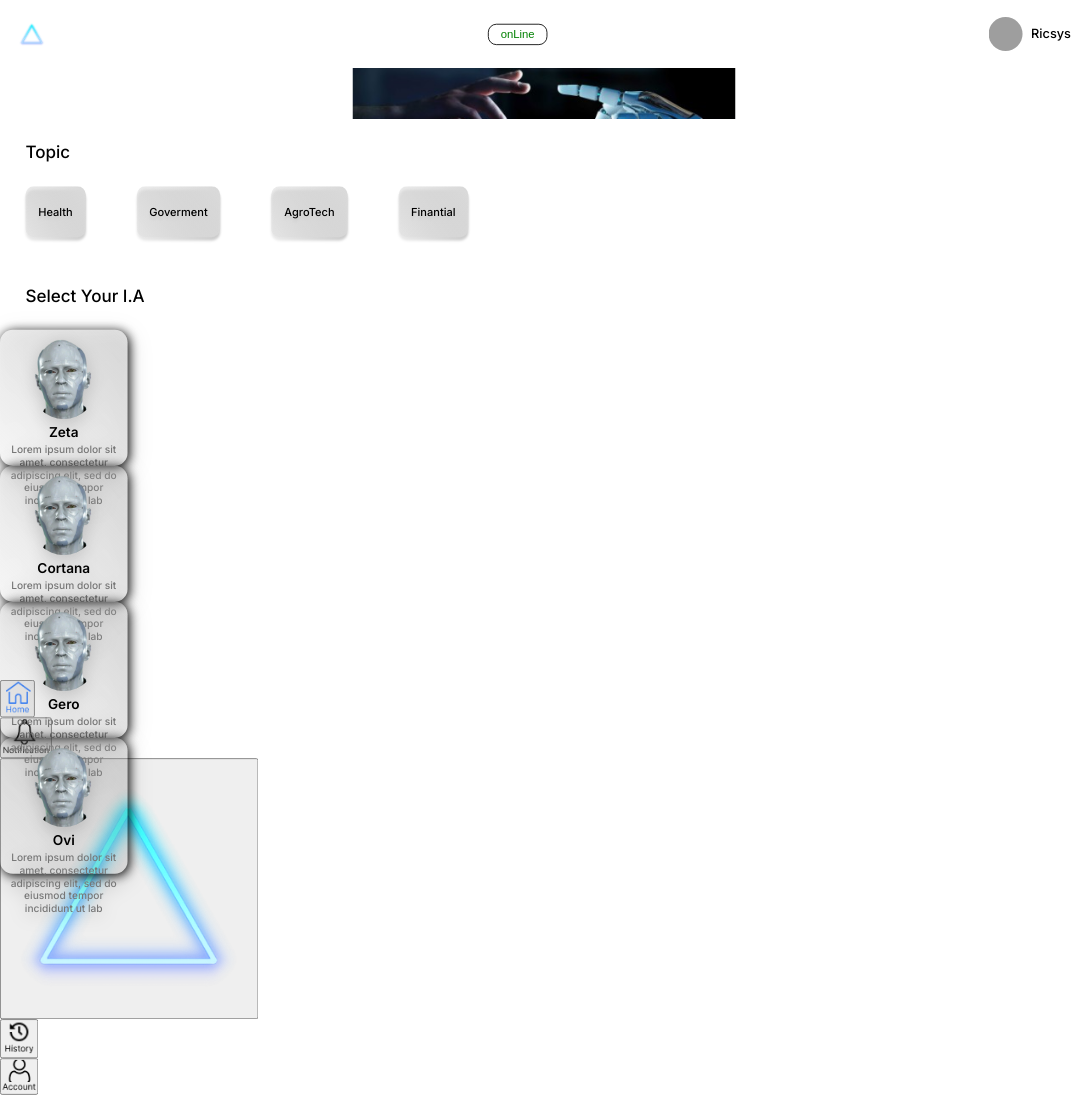
Repository: Cherced/virtualassistant
Page: /
These files come from the project's save history. The page is drawn as it stood at one moment and after the next save; the edit follows.
The browser window is 1280 px wide. The pictures show the whole page, at 85% of full size.
Pictures or frames that could not be fetched are drawn as grey boxes. The project was rebuilt for these pictures with package versions that can differ from the ones it lists, and the page was loaded fresh each time. The framework's server and built-in components were replaced by stand-ins that run in the browser. Also part of the build but not shown: components/atoms/buttons/TestimonialCardButton.jsx.

Above is the page before, as saved 2022-07-21 16:27:33.

After the next save:
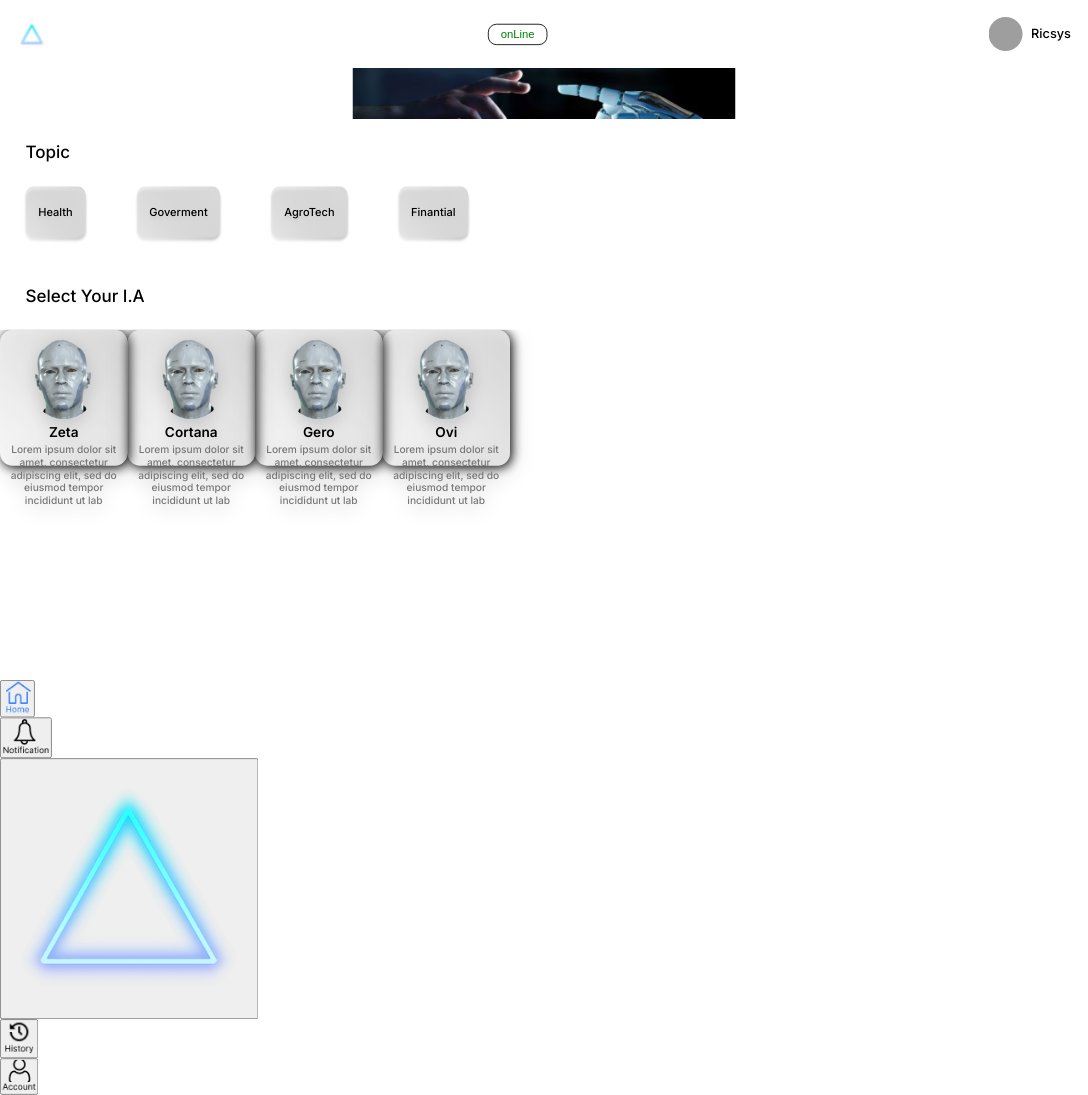
Saved 47 s later.
--- a/sass/pages/_dashboard.scss
+++ b/sass/pages/_dashboard.scss
@@ -84,6 +84,14 @@
         .dashMain__ia--nav{
             width: 100%;
             height: 500px;
+            overflow-y: hidden;
+            overflow-x: scroll;
+            scroll-behavior: smooth;
+            .dashMain__ia--list{
+                width: 100%;
+                display: flex;
+                list-style: none;
+            }
         }
 
 
